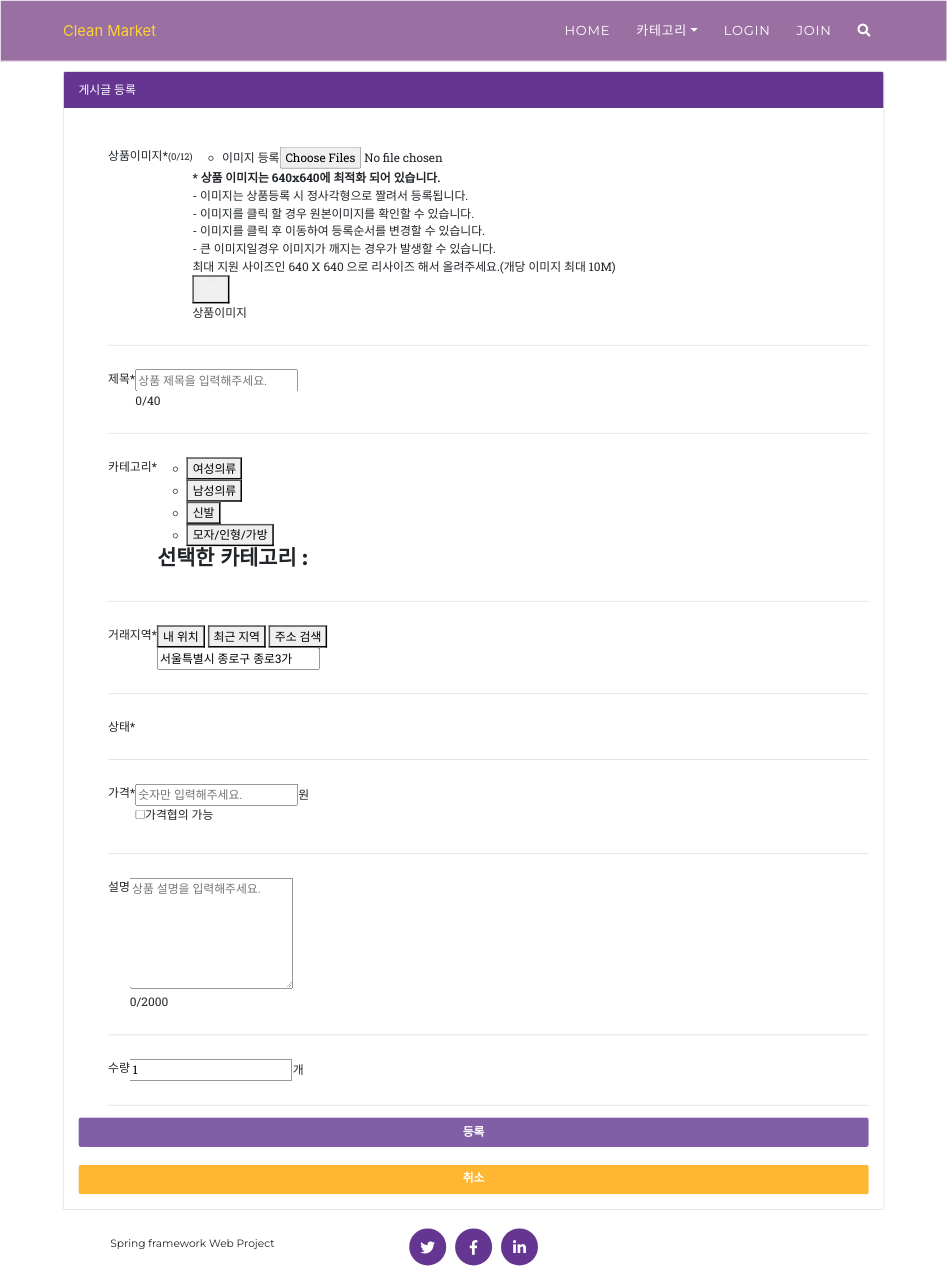
Repository: mim-mim-ji/Cleanmarket_web
Page: http://localhost/CleanMarket/WEB-INF/views/item/write.jsp
The author's editor kept a copy of each file at every save. The page is drawn from the files as they stood at one save, then again after the next save.
The browser window is 1280 px wide. The pictures show the whole page, at 74% of full size.
Some web fonts or font styles are not loaded; a fallback is used. The page is served by Tomcat 9. Nobody is signed in. Other server files are loaded and not shown. The template is opened directly, without the code that normally fills it, so the values that code supplies are empty.

Above is the page before, as saved 2021-03-21 01:51:40.

### CleanMarket/src/main/webapp/WEB-INF/views/item/write.jsp
<%@ page language="java" contentType="text/html; charset=UTF-8"
	pageEncoding="UTF-8"%>
<%@ taglib prefix="c" uri="http://java.sun.com/jsp/jstl/core"%>
<%@ taglib prefix="fmt" uri="http://java.sun.com/jsp/jstl/fmt"%>
<jsp:include page="../include/header.jsp" />

<style>
header.masthead {
	display: none;
}

.bphXry {
	width: 100%;
	display: flex;
	padding: 2rem 0px;
	border-bottom: 1px solid rgb(220, 219, 228);
}
</style>
<br>
<br>

<div class="container">
	<div class="row">
		<div class="col-lg-12">
			<div class="card">
				<div class="card-header text-white"
					style="background-color: #643691;">게시글 등록</div>
				<div class="card-body">

					<form role="form" method="post">
						<ul class="form-group">
							<li class="sc-gxbSSY bphXry">
								<div class="">
									상품이미지<span>*</span><small>(0/12)</small>
								</div>
								<div class="sc-hhaNoI buTCOV">
									<ul class="sc-gKLXLV KuQhq">
										<li class="sc-bvCTgw erFeQZ">이미지 등록<input type="file"
											accept="image/jpg, image/jpeg, image/png" multiple=""></li>

									</ul>
									<div class="sc-fjdPjP iozzGC">
										<b>* 상품 이미지는 640x640에 최적화 되어 있습니다.</b><br>- 이미지는 상품등록 시
										정사각형으로 짤려서 등록됩니다.<br>- 이미지를 클릭 할 경우 원본이미지를 확인할 수 있습니다.<br>-
										이미지를 클릭 후 이동하여 등록순서를 변경할 수 있습니다.<br>- 큰 이미지일경우 이미지가 깨지는
										경우가 발생할 수 있습니다.<br>최대 지원 사이즈인 640 X 640 으로 리사이즈 해서
										올려주세요.(개당 이미지 최대 10M)
									</div>
									<div class="sc-cIShpX RfNBn">
										<div class="sc-kAKrxA YsblG">
											<button type="button" class="sc-lhLRcH fHQqnG">
												<img
													src="data:[embedded picture, 982 characters]"
													width="34" height="32" alt="닫기 버튼 아이콘">
											</button>
											<div class="sc-jMtzgO hudRNW">
												<div class="sc-ccvjgv bGmXLy">상품이미지</div>
												<div class="sc-ccbnFN fgfXKY"></div>
												<div class="sc-hSmEHG iwDjAi"></div>
											</div>
										</div>
									</div>
								</div>
							</li>
							<li class="sc-gxbSSY bphXry"><div class="sc-bXopBW gxnpCB">
									제목<span>*</span>
								</div>
								<div class="sc-hhaNoI buTCOV">
									<div class="sc-hokXgN hcrSpf">
										<div class="sc-gneEKw dBgbVT">
											<input type="text" placeholder="상품 제목을 입력해주세요."
												class="sc-fxmata iPXQwc" value="">
										</div>
										<div class="sc-boCWhm hBajsm">0/40</div>
									</div>
								</div></li>
							<li class="sc-gxbSSY bphXry"><div class="sc-bXopBW DTAYM">
									카테고리<span>*</span>
								</div>
								<div class="sc-hhaNoI buTCOV">
									<div class="sc-hXhGGG XXBMH">
										<div class="sc-hTQSVH fXYJYf">
											<ul class="sc-dWcDbm hRPYLZ">
												<li class="sc-esExBO bmEHfy"><button type="button"
														class="sc-ctwKVn dPmldx">여성의류</button></li>
												<li class="sc-esExBO bmEHfy"><button type="button"
														class="sc-ctwKVn dPmldx">남성의류</button></li>
												<li class="sc-esExBO bmEHfy"><button type="button"
														class="sc-ctwKVn dPmldx">신발</button></li>
												<li class="sc-esExBO bmEHfy"><button type="button"
														class="sc-ctwKVn dPmldx">모자/인형/가방</button></li>
											</ul>
										</div>
									</div>
									<h3 class="sc-csZoYU ljyWET">
										선택한 카테고리 : <b></b>
									</h3>
								</div></li>
							<li class="sc-gxbSSY bphXry"><div class="sc-bXopBW gxnpCB">
									거래지역<span>*</span>
								</div>
								<div class="sc-hhaNoI buTCOV">
									<div class="sc-cIsjWt etcNyM">
										<button type="button" class="sc-hQfrgq hHQBYf">내 위치</button>
										<button type="button" class="sc-hQfrgq hHQBYf">최근 지역</button>
										<button type="button" class="sc-hQfrgq hHQBYf">주소 검색</button>
									</div>
									<input readonly="" placeholder="선호 거래 지역을 검색해주세요."
										class="sc-OnmeF jNsyep" value="서울특별시 종로구 종로3가">
								</div></li>
							<li class="sc-gxbSSY bphXry"><div class="sc-bXopBW drMtcr">
									상태<span>*</span>
								</div>
							<li class="sc-gxbSSY bphXry"><div class="sc-bXopBW gxnpCB">
									가격<span>*</span>
								</div>
								<div class="sc-hhaNoI buTCOV">
									<div class="sc-fxMfqs hGKuJO">
										<input type="text" placeholder="숫자만 입력해주세요."
											class="sc-rzOft lfkNaQ" value="">원
									</div>
									<div class="sc-eIvgmF fxEngV">
										<div class="sc-jklikK htQzEY">
											<label for="contactHope" class="sc-bkypNX gHNpNK"><input
												id="contactHope" type="checkbox">가격협의 가능</label>
										</div>
									</div>
								</div></li>
							<li class="sc-gxbSSY bphXry"><div class="sc-bXopBW edUXQu">설명</div>
								<div class="sc-hhaNoI buTCOV">
									<textarea placeholder="상품 설명을 입력해주세요." rows="6"
										class="sc-izfUZz eEjZnV"></textarea>
									<div class="sc-eqGige gTqRab">
										<div class="sc-kUQWMX giYAKW">0/2000</div>
									</div>
								</div></li>

							<li class="sc-gxbSSY bphXry"><div class="sc-bXopBW drMtcr">수량</div>
								<div class="sc-hhaNoI buTCOV">
									<div class="sc-bCQtTp iMJgK">
										<input type="text" class="sc-dcmekm efHtaL" value="1">개
									</div>
								</div></li>
						</ul>
						<input type="submit" value="등록" class="btn form-control"
							style="background-color: #643691; margin-top: 0; height: 40px; color: white; border: 0px solid #f78f24; opacity: 0.8">
						&nbsp;&nbsp; <a class="btn form-control"
							href="<c:url value='/board/list'/>"
							style="cursor: pointer; margin-top: 0; height: 40px; color: white; background-color: orange; border: 0px solid #388E3C; opacity: 0.8">취소</a>
					</form>
				</div>
			</div>
		</div>
	</div>
</div>
<jsp:include page="../include/footer.jsp" />

### CleanMarket/src/main/webapp/WEB-INF/views/include/header.jsp
<%@ page language="java" contentType="text/html; charset=UTF-8"
	pageEncoding="UTF-8"%>
<%@ taglib prefix="c" uri="http://java.sun.com/jsp/jstl/core"%>
<!DOCTYPE html>
<html lang="ko">
<head>

<meta charset="UTF-8">
<meta content="width=device-width, initial-scale=1.0" name="viewport">
<meta content="" name="description">
<meta content="" name="keywords">

<title>CleanMarket</title>


<!-- Bootstrap core CSS -->
  <link rel="stylesheet" href="<c:url value='/vendor/bootstrap/css/bootstrap.min.css'/>">

  <!-- Custom fonts for this template -->
  <link rel="stylesheet" type="text/css" href="<c:url value='/vendor/fontawesome-free/css/all.min.css'/>" >
  <link href="https://fonts.googleapis.com/css?family=Montserrat:400,700" rel="stylesheet" type="text/css">
  <link href='https://fonts.googleapis.com/css?family=Kaushan+Script' rel='stylesheet' type='text/css'>
  <link href='https://fonts.googleapis.com/css?family=Droid+Serif:400,700,400italic,700italic' rel='stylesheet' type='text/css'>
  <link href='https://fonts.googleapis.com/css?family=Roboto+Slab:400,100,300,700' rel='stylesheet' type='text/css'>

  <!-- Custom styles for this template -->
  <link rel="stylesheet" href="<c:url value='/css/agency.min.css'/>" >

  <!-- Bootstrap core JavaScript -->
  <script src="<c:url value='/vendor/jquery/jquery.min.js'/>"></script>
  <script src="<c:url value='/vendor/bootstrap/js/bootstrap.bundle.min.js'/>"></script>


  <!-- Plugin JavaScript -->
  <script src="<c:url value='/vendor/jquery-easing/jquery.easing.min.js'/>"></script>
  <script type="text/javascript" src="https://cdn.jsdelivr.net/jquery.validation/1.16.0/jquery.validate.min.js"></script>

  <!-- Contact form JavaScript -->
  <script src="<c:url value='/js/jqBootstrapValidation.js'/>"></script>

</head>

<body id="page-top">


	<!-- Navigation -->
  <nav class="navbar navbar-expand-lg navbar-light fixed-top" id="mainNav">
    <div class="container">
      <a class="navbar-brand" href="/cleanmarket">
      	Clean Market
      </a>
      <button class="navbar-toggler navbar-toggler-right" type="button" data-toggle="collapse" data-target="#navbarResponsive">
        메뉴
        <i class="fas fa-bars"></i>
      </button>

      <div class="collapse navbar-collapse" id="navbarResponsive">
        <ul class="navbar-nav text-uppercase ml-auto">
          <li class="nav-item">
            <a class="nav-link js-scroll-trigger" href="/cleanmarket">HOME</a>
          </li>

          <li class="nav-item dropdown">
            <a class="nav-link js-scroll-trigger dropdown-toggle"  data-toggle="dropdown">카테고리</a>
            <div class="dropdown-menu" id="category-select">
		        <input type="button"  name="category" value="여성의류" class="dropdown-item dropdown-toggle" data-toggle="dropdown">

		        <input type="button"  name="category" value="남성의류" class="dropdown-item dropdown-toggle" data-toggle="dropdown">

		        <input type="button"  name="category" value="신발" class="dropdown-item dropdown-toggle" data-toggle="dropdown">

		        <input type="button"  name="category" value="모자/인형/가방" class="dropdown-item dropdown-toggle" data-toggle="dropdown">

		    </div>
          </li>
          <c:if test="${login == null}" >
          	<li class="nav-item">
            	<a class="nav-link js-scroll-trigger" href="<c:url value='/login' />">LOGIN</a>
         	</li>
          </c:if>
          <c:if test="${login == null}" >
          	<li class="nav-item">
            	<a class="nav-link js-scroll-trigger" href="<c:url value='/join_type_select' />">JOIN</a>
          	</li>
          </c:if>
          <c:if test="${login != null}" >
	          <li class="nav-item">
	            <a class="nav-link js-scroll-trigger" href="<c:url value='/mypage'/>">MYPAGE</a>
	          </li>
	          <li class="nav-item">
	            <a class="nav-link js-scroll-trigger" href="/cleanmarket/logout" onclick="return confirm('로그아웃 하시겠습니까?')">LOGOUT</a>
	          </li>
	          <li class="nav-item">
	            <a class="nav-link js-scroll-trigger" href="#">NOTICE</a>
	          </li>
	          <li class="nav-item">
          </c:if>
          <li class="nav-item">
            <a class="nav-link js-scroll-trigger" data-toggle="modal" data-target="#search"><i class="fas fa-search"></i></a>
          </li>

        </ul>
      </div>
    </div>
  </nav><br><br>

  <script>
  		$(function() {

  			//카테고리 버튼 눌렀을 때 처리
  			$("#category-select .dropdown-toggle").click(function() {
  				let category = $(this).val();
  				location.href="/cleanmarket/item/category?category=" + category;
  			});
		})

  </script>

  <%@ include file="../include/search_modal.jsp" %>

### CleanMarket/src/main/webapp/WEB-INF/views/include/search_modal.jsp
<%@ page language="java" contentType="text/html; charset=UTF-8"
	pageEncoding="UTF-8"%>
<%@ taglib prefix="c" uri="http://java.sun.com/jsp/jstl/core"%>
<%@ taglib prefix="fmt" uri="http://java.sun.com/jsp/jstl/fmt"%>

<!-- 검색 Modal-->
<div class="modal fade" id="search">
	<div class="modal-dialog">
		<div class="modal-content" >
			<form action="<c:url value='/search' />">
				<input type="text" name="keyword" placeholder="검색어를 입력하세요"
				style="width: 90%; padding-left: 10px; height: 50px"> &nbsp;
				<button type="submit" style="background: transparent; border: none">
					<i class="fas fa-search" id="search-btn" style="height: 30px; color: green; "></i>
				</button>
			</form>
		</div>
	</div>
</div>

### CleanMarket/src/main/webapp/WEB-INF/views/include/footer.jsp
<%@ page language="java" contentType="text/html; charset=UTF-8"
	pageEncoding="UTF-8"%>
<!-- Footer -->
  <footer>
    <div class="container">
      <div class="row">
        <div class="col-md-4">
          <span class="copyright">Spring framework Web Project</span>
        </div>
        <div class="col-md-4">
          <ul class="list-inline social-buttons">
            <li class="list-inline-item">
              <a href="#" style="background-color: #643691;">
                <i class="fab fa-twitter"></i>
              </a>
            </li>
            <li class="list-inline-item">
              <a href="#" style="background-color: #643691;">
                <i class="fab fa-facebook-f"></i>
              </a>
            </li>
            <li class="list-inline-item">
              <a href="#" style="background-color: #643691;">
                <i class="fab fa-linkedin-in"></i>
              </a>
            </li>
          </ul>
        </div>
      </div>
    </div>
  </footer>

<a href="#" class="back-to-top"><i class="icofont-simple-up"></i></a>

</body>
</html>

Loaded but not shown: CleanMarket/src/main/webapp/resources/css/agency.min.css (library); CleanMarket/src/main/webapp/resources/js/jqBootstrapValidation.js (937 lines, source omitted)

After the next save:
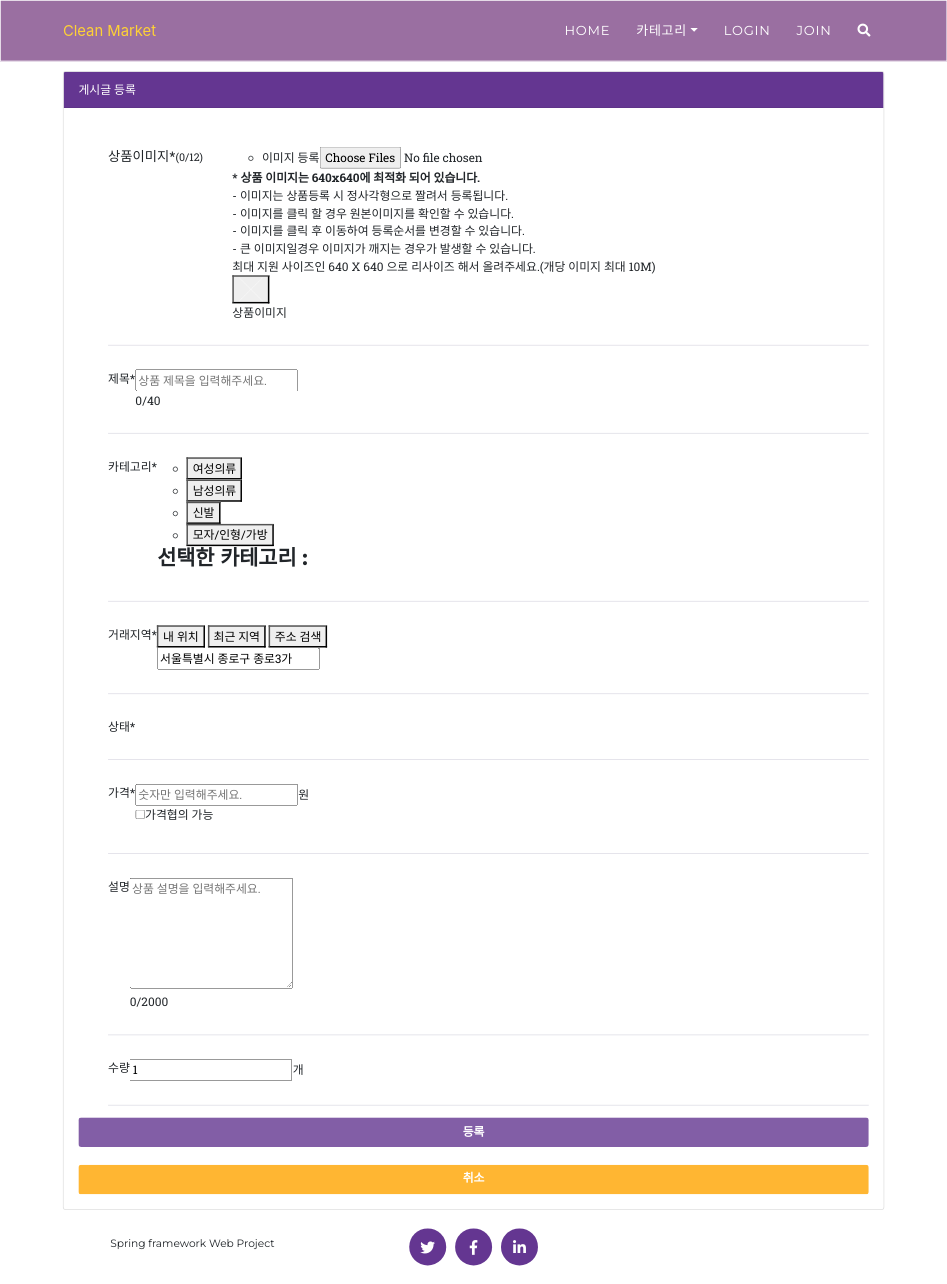
Saved 5 min 24 s later.
--- a/CleanMarket/src/main/webapp/WEB-INF/views/item/write.jsp
+++ b/CleanMarket/src/main/webapp/WEB-INF/views/item/write.jsp
@@ -15,6 +15,11 @@ header.masthead {
 	padding: 2rem 0px;
 	border-bottom: 1px solid rgb(220, 219, 228);
 }
+
+.bBKMEo {
+    width: 10.5rem;
+    font-size: 18px;
+}
 </style>
 <br>
 <br>
@@ -30,7 +35,7 @@ header.masthead {
 					<form role="form" method="post">
 						<ul class="form-group">
 							<li class="sc-gxbSSY bphXry">
-								<div class="">
+								<div class="sc-bXopBW bBKMEo">
 									상품이미지<span>*</span><small>(0/12)</small>
 								</div>
 								<div class="sc-hhaNoI buTCOV">
